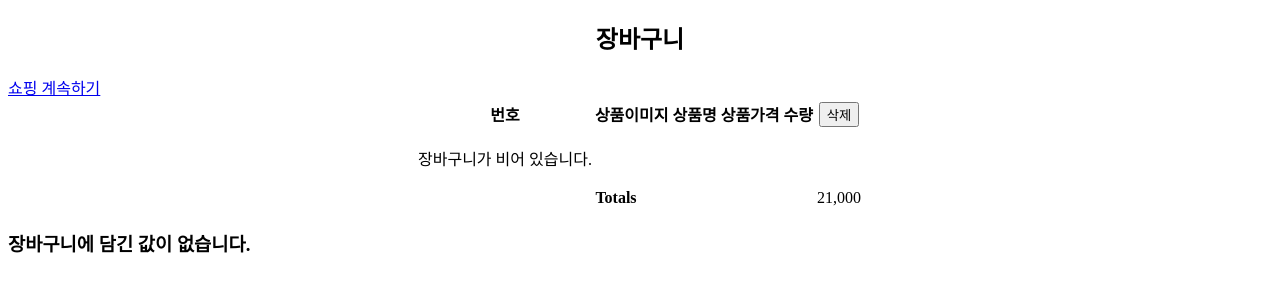
Repository: BaekDoHyeon/Kosta_04_FrontStudy
Page: http://localhost/workshop11_2/cartList.jsp
The author's editor kept a copy of each file at every save. The page is drawn from the files as they stood at one save, then again after the next save.
The browser window is 1280 px wide. The pictures show the whole page.
The page is served by Tomcat 9.

Above is the page before, as saved 2024-09-06 03:22:36.

After the next save:
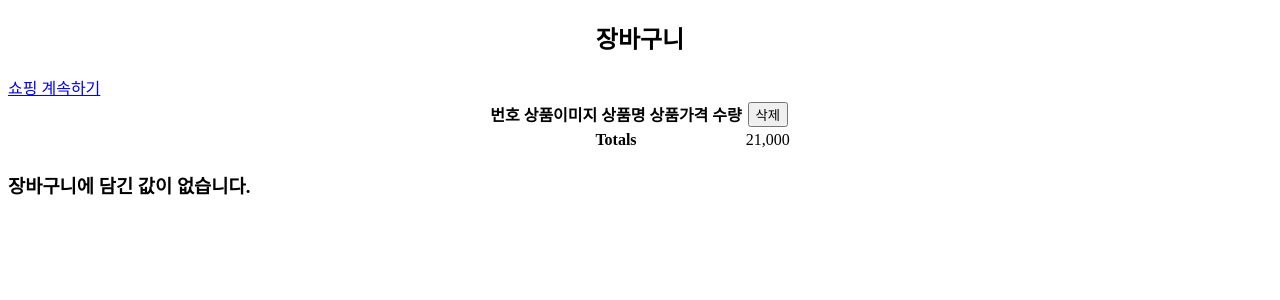
Console error: SyntaxError: Unexpected string
Saved 11 s later.
--- a/work05_BackEnd/workshop11_2/src/main/webapp/cartList.jsp
+++ b/work05_BackEnd/workshop11_2/src/main/webapp/cartList.jsp
@@ -42,9 +42,9 @@
 		        var listHtml = '<tr>'
 		        allCartItems.forEach(function(item, index) {
 		        	listHtml += "<td>${index + 1}</td>";
-		        	listHtml += `<td><img src="${item.url}"></td>`;
-		        	listHtml += `<td>${item.name}</td>`;
-		        	listHtml += `<td>${item.price}</td>`;
+		        	listHtml += "<td><img src="${item.url}"></td>";
+		        	listHtml += "<td>${item.name}</td>";
+		        	listHtml += "<td>${item.price}</td>";
 		        	listHtml += "</tr>";
 		        });
 		        cartList.innerHTML = listHtml;
